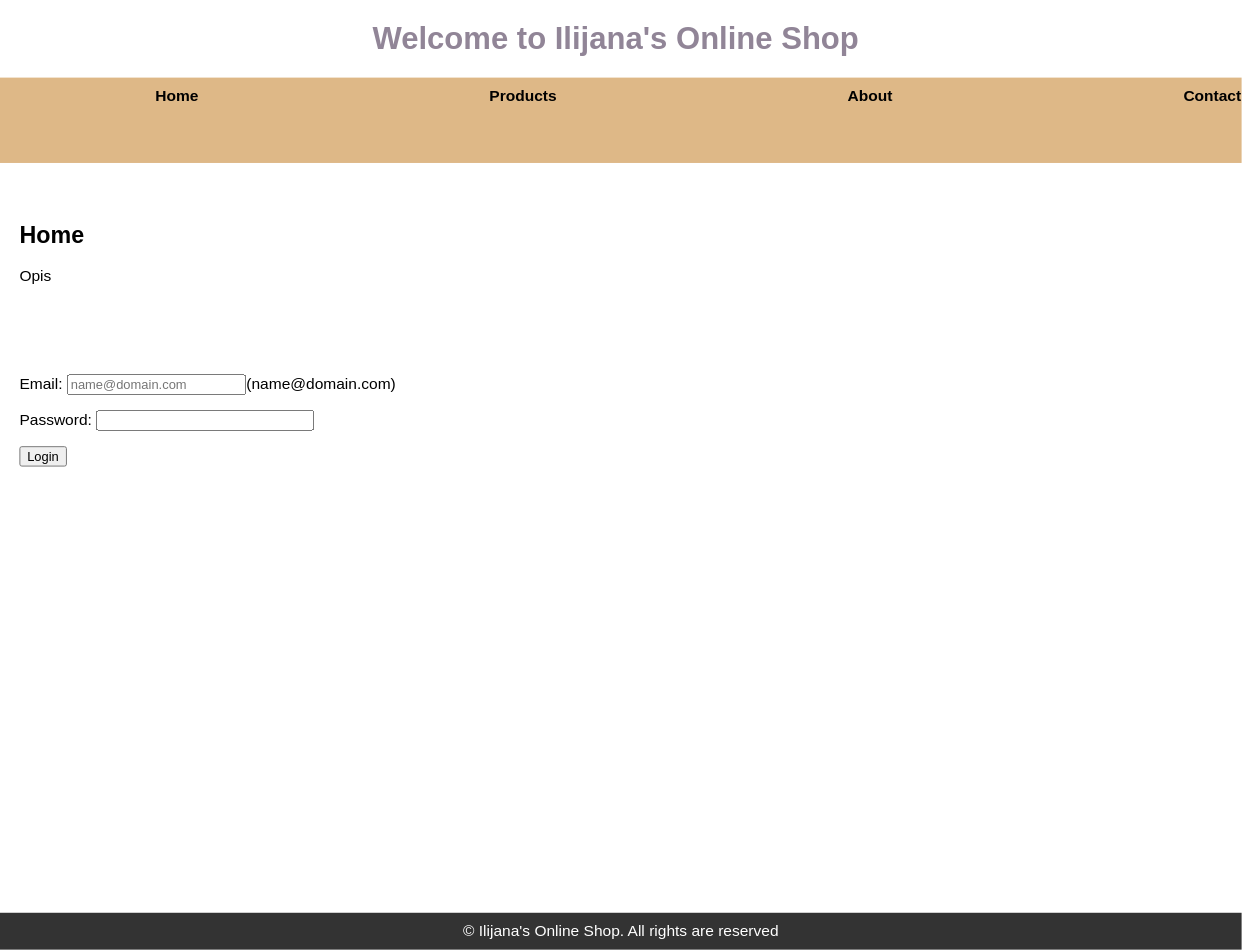
Repository: ilijana123/Proekt1
Page: html.html
The author's editor kept a copy of each file at every save. The page is drawn from the files as they stood at one save, then again after the next save.
The browser window is 1280 px wide. The pictures show the whole page, at 97% of full size.

Above is the page before, as saved 2023-11-12 23:56:24.

After the next save:
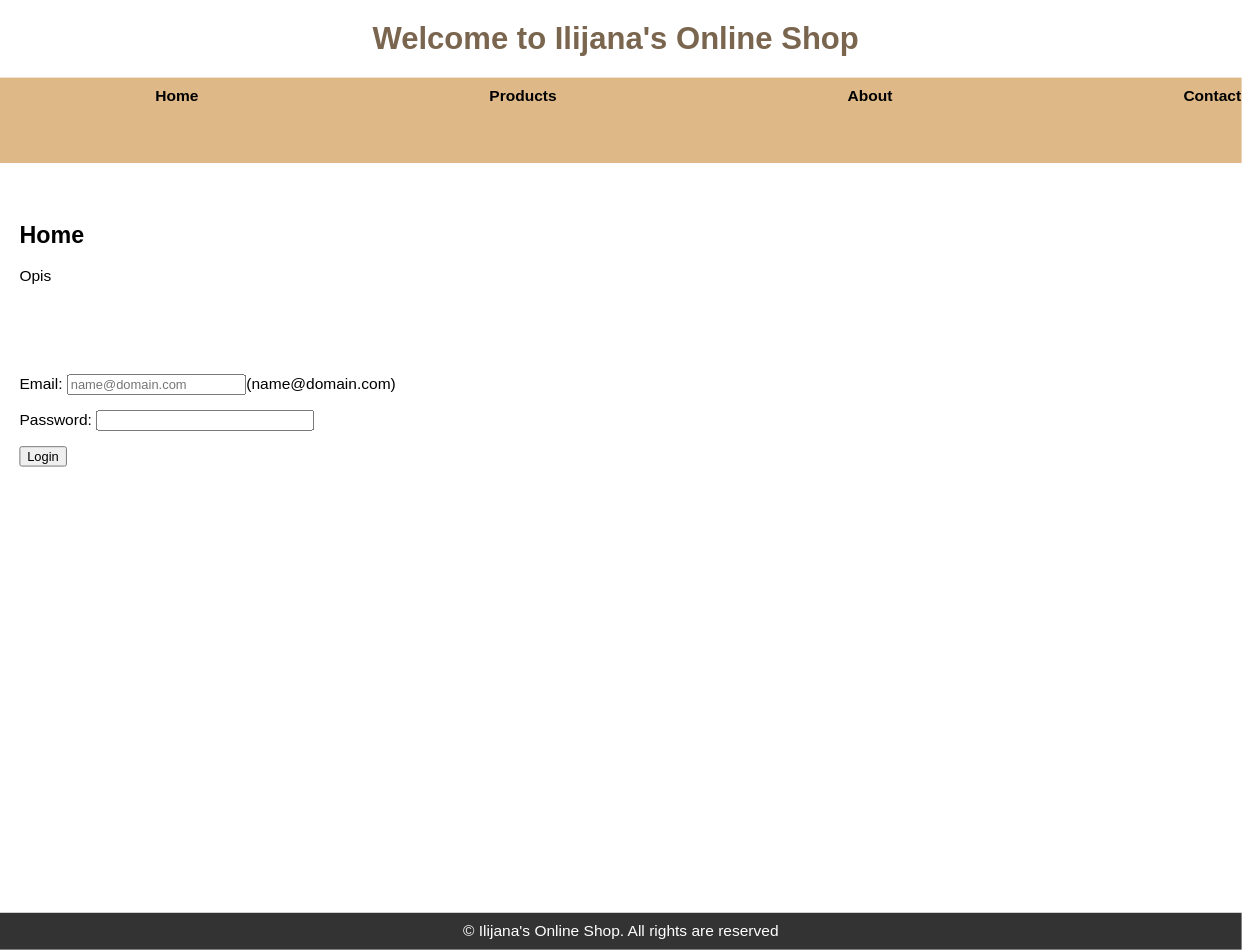
Saved 45 s later.
--- a/1.css
+++ b/1.css
@@ -1,6 +1,6 @@
 h1  {
      font-family: fantasy;
-        color:rgb(145, 133, 151);
+        color:rgb(122, 101, 79);
         position:relative;
         margin-left: 30%;
         text-decoration:double;
